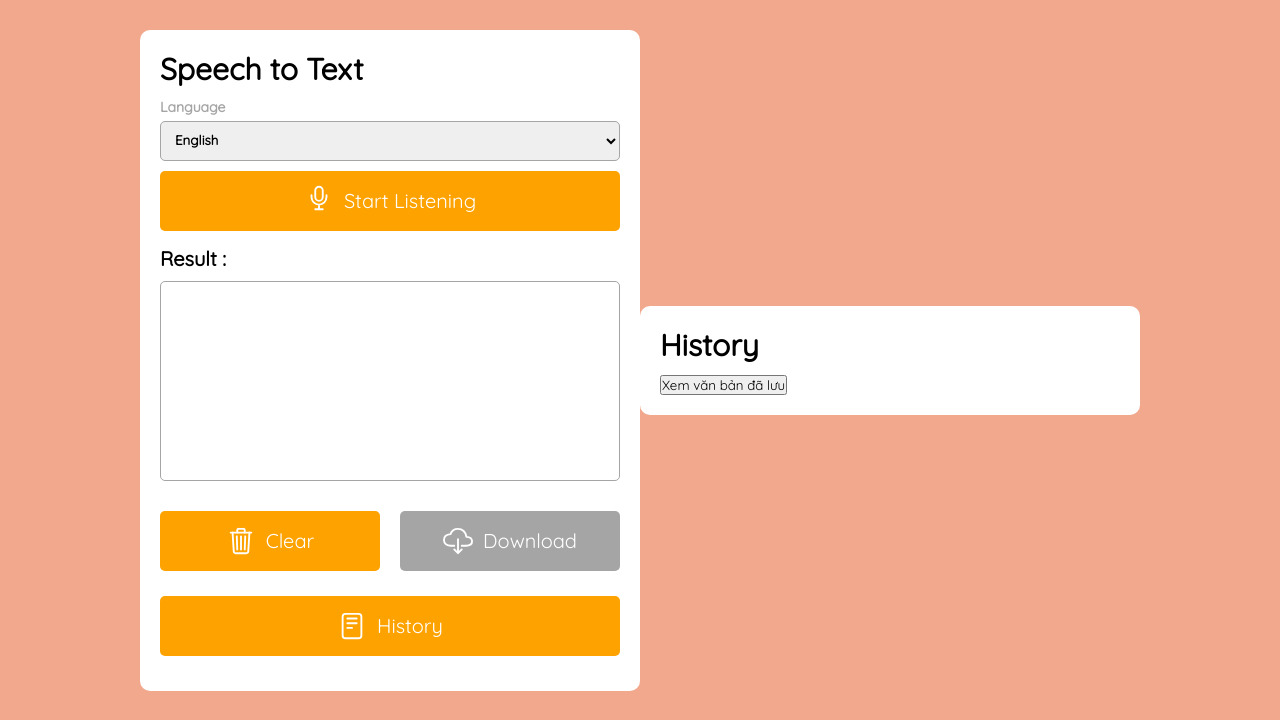
Repository: tsthuy/SpeechToText
Page: index.html
An editor plug-in stored every save of this project. The page is shown before and after the next save, followed by the edit.
The browser window is 1280 px wide. The pictures show the whole page.

Above is the page before, as saved 2023-08-28 03:58:03.

### index.html
<!DOCTYPE html>
<html lang="en">
  <head>
    <meta charset="UTF-8" />
    <meta http-equiv="X-UA-Compatible" content="IE=edge" />
    <meta name="viewport" content="width=device-width, initial-scale=1.0" />
    <link href="./images/icon.png" rel="shortcut icon" type="image/vnd.microsoft.icon" />
    <link rel="stylesheet" href="style.css" />
    <link href='https://fonts.googleapis.com/css?family=Quicksand' rel='stylesheet'>
    <title>Speech to Text</title>
  </head>
  <body>
    <div class="container">
      <p class="heading">Speech to Text</p>
      <div class="options">
        <div>
          <p>Language</p>
          <select name="input-language" id="language"></select>
        </div>
      </div>
      <button class="btn record">
        <div class="icon">
          <ion-icon name="mic-outline"></ion-icon>
          <img src="record.svg" alt="" />
        </div>
        <p>Start Listening</p>
      </button>
      <p class="heading receive">Result :</p>
      <div
        class="result"
        spellcheck="false"
        placeholder="Text will be shown here"
      >
        <p class="interim"></p>
      </div>
      <div class="buttons">
        <button class="btn clear">
          <ion-icon name="trash-outline"></ion-icon>
          <p>Clear</p>
        </button>
        <button class="btn download" disabled>
          <ion-icon name="cloud-download-outline"></ion-icon>
          <p>Download</p>
        </button>
      </div>
      <div class="buttons">
        <button class="btn store">
          <ion-icon name="reader-outline"></ion-icon>
          <p>History</p>
        </button>

      </div>
    </div>
    <div class="container">
      <p class="heading">History</p>
      <div id="savedTexts"></div>
      <button id="viewSavedTexts">Xem văn bản đã lưu</button>
    </div>

    <!-- ion-icon -->
    <script
      type="module"
      src="https://unpkg.com/ionicons@5.5.2/dist/ionicons/ionicons.esm.js"
    ></script>
    <script
      nomodule
      src="https://unpkg.com/ionicons@5.5.2/dist/ionicons/ionicons.js"
    ></script>

    <!-- languages-->
    <script src="languages.js"></script>

    <!-- script -->
    <script src="script.js"></script>
  </body>
</html>

### style.css

:root {
  --primary-color: #FEA200;
  --bg-color: #fff;
  --text-color: #000;
  --light-text-color: #a5a5a5;
  --body-bg-color: #F2A88D;
}
* {
  margin: 0;
  padding: 0;
  box-sizing: border-box;
  font-family: "Quicksand", sans-serif;
}
body {
  min-height: 100vh;
  display: flex;
  align-items: center;
  justify-content: center;
  background-color: var(--body-bg-color);
  color: var(--text-color);
}
.container {
  width: 500px;
  padding: 20px;
  border-radius: 10px;
  background-color: var(--bg-color);
}
.container .heading {
  font-size: 30px;
  font-weight: 800;
  margin-bottom: 10px;
}
.container .receive
{
  font-size: 20px;
}
.container .options select {
  width: 100%;
  padding: 10px;
  border: 1px solid var(--light-text-color);
  border-radius: 5px;
  outline: none;
}
.container .options div:not(:last-child) select {
  margin-bottom: 20px;
}
#language
{
  font-weight: 800;
}
.container .options p {
  font-size: 14px;
  font-weight: 600;
  margin-bottom: 5px;
  color: var(--light-text-color);
}
.btn {
  display: flex;
  align-items: center;
  justify-content: center;
  gap: 10px;
  margin-top: 10px;
  margin-bottom: 15px;
  height: 60px;
  padding: 20px;
  width: 100%;
  outline: none;
  border: none;
  border-radius: 5px;
  font-size: 20px;
  font-weight: 500;
  cursor: pointer;
  color: #fff;
  background-color: var(--primary-color);
}
.btn ion-icon {
  font-size: 30px;
}
.btn:disabled {
  background-color: var(--light-text-color);
  cursor: not-allowed;
}

.container .record img {
  width: 30px;
  height: 30px;
  display: none;
}
.container .record.recording img {
  display: block;
}
.container .record.recording ion-icon {
  display: none;
}
.container .result {
  width: 100%;
  min-height: 200px;
  padding: 10px;
  border: 1px solid var(--light-text-color);
  border-radius: 5px;
  font-size: 18px;
  font-weight: 500;
  margin-bottom: 20px;
  color: var(--text-color);
}
.container .result p {
  display: inline;
  margin-left: 3px;
  color: var(--light-text-color);
}
.buttons {
  display: flex;
  gap: 20px;
}

### languages.js
const languages = [
  {
    no: "16",
    name: "English",
    native: "English",
    code: "en",
  },
  {
    no: "1",
    name: "Afrikaans",
    native: "Afrikaans",
    code: "af",
  },
  {
    no: "2",
    name: "Albanian",
    native: "Shqip",
    code: "sq",
  },
  {
    no: "3",
    name: "Arabic",
    native: "عربي",
    code: "ar",
  },
  {
    no: "4",
    name: "Armenian",
    native: "Հայերէն",
    code: "hy",
  },
  {
    no: "5",
    name: "Azerbaijani",
    native: "آذربایجان دیلی",
    code: "az",
  },
  {
    no: "6",
    name: "Basque",
    native: "Euskara",
    code: "eu",
  },
  {
    no: "7",
    name: "Belarusian",
    native: "Беларуская",
    code: "be",
  },
  {
    no: "8",
    name: "Bulgarian",
    native: "Български",
    code: "bg",
  },
  {
    no: "9",
    name: "Catalan",
    native: "Català",
    code: "ca",
  },
  {
    no: "10",
    name: "Chinese (Simplified)",
    native: "中文简体",
    code: "zh-CN",
  },
  {
    no: "11",
    name: "Chinese (Traditional)",
    native: "中文繁體",
    code: "zh-TW",
  },
  {
    no: "12",
    name: "Croatian",
    native: "Hrvatski",
    code: "hr",
  },
  {
    no: "13",
    name: "Czech",
    native: "Čeština",
    code: "cs",
  },
  {
    no: "14",
    name: "Danish",
    native: "Dansk",
    code: "da",
  },
  {
    no: "15",
    name: "Dutch",
    native: "Nederlands",
    code: "nl",
  },
  {
    no: "17",
    name: "Estonian",
    native: "Eesti keel",
    code: "et",
  },
  {
    no: "18",
    name: "Filipino",
    native: "Filipino",
    code: "tl",
  },
  {
    no: "19",
    name: "Finnish",
    native: "Suomi",
    code: "fi",
  },
  {
    no: "20",
    name: "French",
    native: "Français",
    code: "fr",
  },
  {
    no: "21",
    name: "Galician",
    native: "Galego",
    code: "gl",
  },
  {
    no: "22",
    name: "Georgian",
    native: "ქართული",
    code: "ka",
  },
  {
    no: "23",
    name: "German",
    native: "Deutsch",
    code: "de",
  },
  {
    no: "24",
    name: "Greek",
    native: "Ελληνικά",
    code: "el",
  },
  {
    no: "25",
    name: "Haitian Creole",
    native: "Kreyòl ayisyen",
    code: "ht",
  },
  {
    no: "26",
    name: "Hebrew",
    native: "עברית",
    code: "iw",
  },
  {
    no: "27",
    name: "Hindi",
    native: "हिन्दी",
    code: "hi",
  },
  {
    no: "28",
    name: "Hungarian",
    native: "Magyar",
    code: "hu",
  },
  {
    no: "29",
    name: "Icelandic",
    native: "Íslenska",
    code: "is",
  },
  {
    no: "30",
    name: "Indonesian",
    native: "Bahasa Indonesia",
    code: "id",
  },
  {
    no: "31",
    name: "Irish",
    native: "Gaeilge",
    code: "ga",
  },
  {
    no: "32",
    name: "Italian",
    native: "Italiano",
    code: "it",
  },
  {
    no: "33",
    name: "Japanese",
    native: "日本語",
    code: "ja",
  },
  {
    no: "34",
    name: "Korean",
    native: "한국어",
    code: "ko",
  },
  {
    no: "35",
    name: "Latvian",
    native: "Latviešu",
    code: "lv",
  },
  {
    no: "36",
    name: "Lithuanian",
    native: "Lietuvių kalba",
    code: "lt",
  },
  {
    no: "37",
    name: "Macedonian",
    native: "Македонски",
    code: "mk",
  },
  {
    no: "38",
    name: "Malay",
    native: "Malay",
    code: "ms",
  },
  {
    no: "39",
    name: "Maltese",
    native: "Malti",
    code: "mt",
  },
  {
    no: "40",
    name: "Norwegian",
    native: "Norsk",
    code: "no",
  },
  {
    no: "41",
    name: "Persian",
    native: "فارسی",
    code: "fa",
  },
  {
    no: "42",
    name: "Polish",
    native: "Polski",
    code: "pl",
  },
  {
    no: "43",
    name: "Portuguese",
    native: "Português",
    code: "pt",
  },
  {
    no: "44",
    name: "Romanian",
    native: "Română",
    code: "ro",
  },
  {
    no: "45",
    name: "Russian",
    native: "Русский",
    code: "ru",
  },
  {
    no: "46",
    name: "Serbian",
    native: "Српски",
    code: "sr",
  },
  {
    no: "47",
    name: "Slovak",
    native: "Slovenčina",
    code: "sk",
  },
  {
    no: "48",
    name: "Slovenian",
    native: "Slovensko",
    code: "sl",
  },
  {
    no: "49",
    name: "Spanish",
    native: "Español",
    code: "es",
  },
  {
    no: "50",
    name: "Swahili",
    native: "Kiswahili",
    code: "sw",
  },
  {
    no: "51",
    name: "Swedish",
    native: "Svenska",
    code: "sv",
  },
  {
    no: "52",
    name: "Thai",
    native: "ไทย",
    code: "th",
  },
  {
    no: "53",
    name: "Turkish",
    native: "Türkçe",
    code: "tr",
  },
  {
    no: "54",
    name: "Ukrainian",
    native: "Українська",
    code: "uk",
  },
  {
    no: "55",
    name: "Urdu",
    native: "اردو",
    code: "ur",
  },
  {
    no: "56",
    name: "Vietnamese",
    native: "Tiếng Việt",
    code: "vi",
  },
  {
    no: "57",
    name: "Welsh",
    native: "Cymraeg",
    code: "cy",
  },
  {
    no: "58",
    name: "Yiddish",
    native: "ייִדיש",
    code: "yi",
  },
];

### script.js
const recordBtn = document.querySelector(".record"),
  result = document.querySelector(".result"),
  downloadBtn = document.querySelector(".download"),
  inputLanguage = document.querySelector("#language"),
  clearBtn = document.querySelector(".clear");

let SpeechRecognition =
    window.SpeechRecognition || window.webkitSpeechRecognition,
  recognition,
  recording = false;

function populateLanguages() {
  languages.forEach((lang) => {
    const option = document.createElement("option");
    option.value = lang.code;
    option.innerHTML = lang.name;
    inputLanguage.appendChild(option);
  });
}

populateLanguages();

function speechToText() {
  try {
    recognition = new SpeechRecognition();
    recognition.lang = inputLanguage.value;
    recognition.interimResults = true;
    recordBtn.classList.add("recording");
    recordBtn.querySelector("p").innerHTML = "Listening...";
    recognition.start();
    recognition.onresult = (event) => {
      const speechResult = event.results[0][0].transcript;
      //detect when intrim results
      if (event.results[0].isFinal) {
        result.innerHTML += " " + speechResult;
        result.querySelector("p").remove();
      } else {
        //creative p with class interim if not already there
        if (!document.querySelector(".interim")) {
          const interim = document.createElement("p");
          interim.classList.add("interim");
          result.appendChild(interim);
        }
        //update the interim p with the speech result
        document.querySelector(".interim").innerHTML = " " + speechResult;
      }
      downloadBtn.disabled = false;
    };
    recognition.onspeechend = () => {
      speechToText();
    };
    recognition.onerror = (event) => {
      stopRecording();
      if (event.error === "no-speech") {
        alert("No speech was detected. Stopping...");
      } else if (event.error === "audio-capture") {
        alert(
          "No microphone was found. Ensure that a microphone is installed."
        );
      } else if (event.error === "not-allowed") {
        alert("Permission to use microphone is blocked.");
      } else if (event.error === "aborted") {
        alert("Listening Stopped.");
      } else {
        alert("Error occurred in recognition: " + event.error);
      }
    };
  } catch (error) {
    recording = false;

    console.log(error);
  }
}

recordBtn.addEventListener("click", () => {
  if (!recording) {
    speechToText();
    recording = true;
  } else {
    stopRecording();
  }
});

function stopRecording() {
  recognition.stop();
  recordBtn.querySelector("p").innerHTML = "Start Listening";
  recordBtn.classList.remove("recording");
  recording = false;
}

function download() {
  const text = result.innerText;
  const filename = "speech.txt";

  const element = document.createElement("a");
  element.setAttribute(
    "href",
    "data:text/plain;charset=utf-8," + encodeURIComponent(text)
  );
  element.setAttribute("download", filename);
  element.style.display = "none";
  document.body.appendChild(element);
  element.click();
  document.body.removeChild(element);
}

downloadBtn.addEventListener("click", download);

clearBtn.addEventListener("click", () => {
  result.innerHTML = "";
  downloadBtn.disabled = true;
});

After the next save:
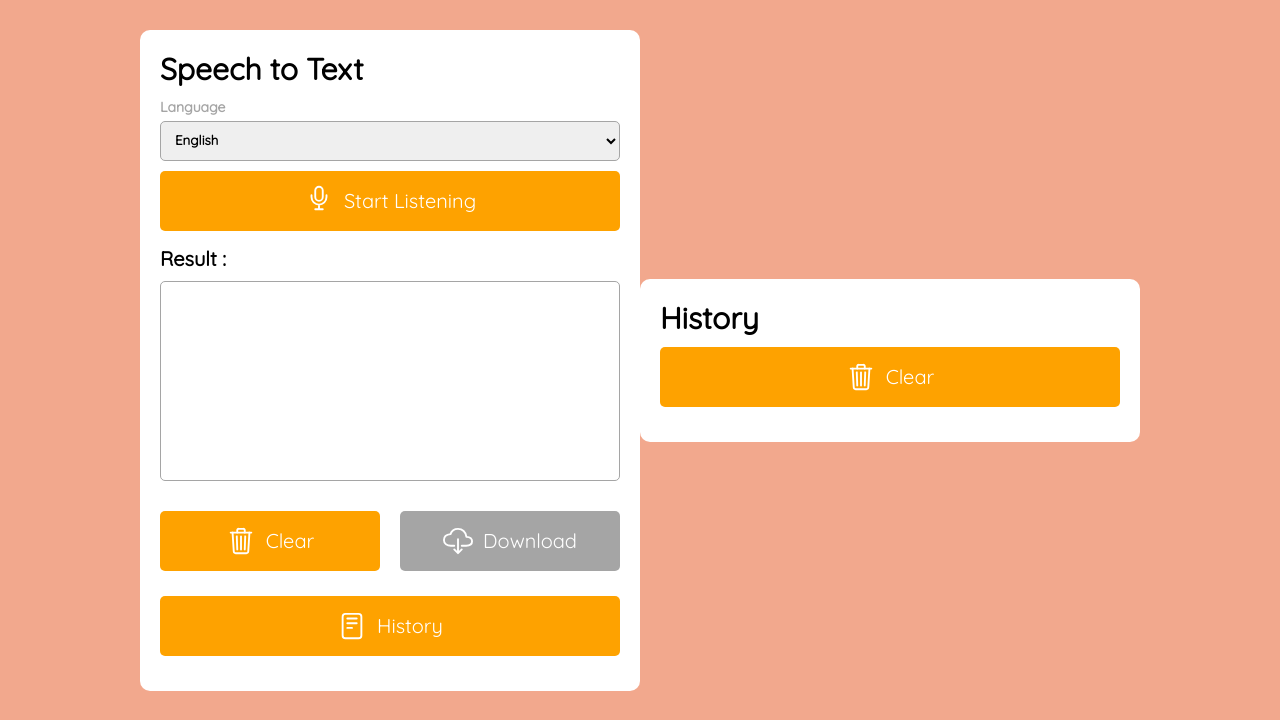
Saved 59 s later.
--- a/index.html
+++ b/index.html
@@ -54,7 +54,9 @@
     <div class="container">
       <p class="heading">History</p>
       <div id="savedTexts"></div>
-      <button id="viewSavedTexts">Xem văn bản đã lưu</button>
+      <button class="btn clear">
+        <ion-icon name="trash-outline"></ion-icon>
+        <p>Clear</p>
     </div>
 
     <!-- ion-icon -->
